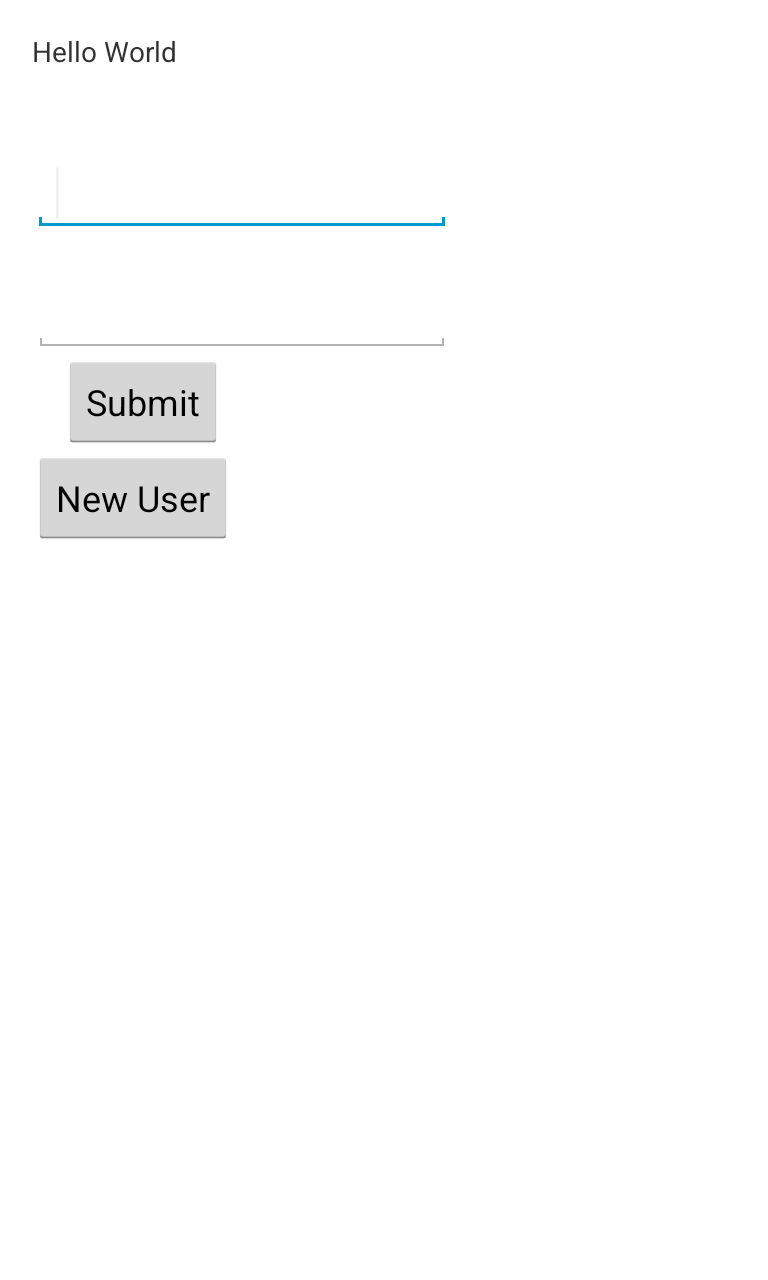
Repository: sbobra/women-startupweekend-sf
Layout: LaundryList/res/layout/activity_login.xml
These files come from the project's save history. The layout is drawn as it stood at one moment and after the next save; the edit follows.
It is drawn on a 768 x 1280 px phone screen (xhdpi) without system bars, with theme AppTheme; the app's code is not run.

Above is the layout before, as saved 2013-09-15 01:13:54.

### LaundryList/res/layout/activity_login.xml
<LinearLayout xmlns:android="http://schemas.android.com/apk/res/android"
    xmlns:tools="http://schemas.android.com/tools"
    android:layout_width="match_parent"
    android:layout_height="match_parent"
    android:paddingBottom="@dimen/activity_vertical_margin"
    android:paddingLeft="@dimen/activity_horizontal_margin"
    android:paddingRight="@dimen/activity_horizontal_margin"
    android:paddingTop="@dimen/activity_vertical_margin"
    android:orientation="vertical"
    tools:context=".LoginActivity" >

    <TextView
        android:id="@+id/textView1"
        android:layout_width="wrap_content"
        android:layout_height="wrap_content"
        android:text="@string/hello_world" />

    <EditText
        android:id="@+id/usernameTextBox"
        android:layout_width="wrap_content"
        android:layout_height="wrap_content"
        android:layout_marginTop="42dp"
        android:ems="10"
        android:inputType="textEmailAddress" >

        <requestFocus />
    </EditText>

    <EditText
        android:id="@+id/passwordTextBox"
        android:layout_width="wrap_content"
        android:layout_height="wrap_content"
        android:layout_marginTop="21dp"
        android:ems="10"
        android:inputType="textPassword" />

    <Button
        android:id="@+id/loginButton"
        android:layout_width="wrap_content"
        android:layout_height="wrap_content"
        android:layout_marginLeft="15dp"
        android:text="Submit" />

    <Button
        android:id="@+id/newAcctButton"
        android:layout_width="wrap_content"
        android:layout_height="wrap_content"
        android:text="New User" />

</LinearLayout>

### LaundryList/res/values/strings.xml
<!--
  Copyright 2012 The Android Open Source Project

  Licensed under the Apache License, Version 2.0 (the "License");
  you may not use this file except in compliance with the License.
  You may obtain a copy of the License at

      http://www.apache.org/licenses/LICENSE-2.0

  Unless required by applicable law or agreed to in writing, software
  distributed under the License is distributed on an "AS IS" BASIS,
  WITHOUT WARRANTIES OR CONDITIONS OF ANY KIND, either express or implied.
  See the License for the specific language governing permissions and
  limitations under the License.
-->

<resources xmlns:xliff="urn:oasis:names:tc:xliff:document:1.2">

    <string name="hello_world">Hello World</string>
    <!-- Titles -->
    <string name="app_name">Animations Demo</string>
    <string name="title_crossfade">Simple Crossfade</string>
    <string name="title_card_flip">Card Flip</string>
    <string name="title_screen_slide">Screen Slide</string>
    <string name="title_zoom">Zoom</string>
    <string name="title_layout_changes">Layout Changes</string>
    <string name="title_template_step">Page <xliff:g id="step_number">%1$d</xliff:g>: Lorem
        Ipsum</string>
    <string name="title_template_explore">EXPLORE</string>
    <string name="title_template_home">HOME</string>
    <string name="title_template_goal">NEW GOAL</string>

    <!-- Actions -->
    <string name="action_toggle">Toggle indicator</string>
    <string name="action_add_item">Add item</string>
    <string name="action_remove_item">Remove item</string>
    <string name="action_previous">Previous</string>
    <string name="action_next">Next</string>
    <string name="action_finish">Finish</string>
    <string name="action_info">Photo info</string>
    <string name="action_photo">View photo</string>

    <!-- Messages -->
    <string name="message_empty_layout_changes">Add an item above to get started.</string>
    <string name="message_zoom_touch_expand">Touch a photo to expand it.</string>

    <!-- Accessibility-only descriptions -->
    <string name="description_image_1">Image 1</string>
    <string name="description_image_2">Image 2</string>
    <string name="description_zoom_touch_close">Expanded image (touch to close)</string>

    <!-- Other strings -->
    <string name="card_back_title">Angry Red Android</string>
    <string name="card_back_description"><![CDATA[Lorem ipsum dolor sit]]></string>
    <string name="lorem_ipsum"><![CDATA[Lorem ipsum dolor sit amet, consectetur adipiscing elit. Mauris et magna ut erat elementum cursus in quis ipsum. Nam faucibus ultrices eros, vel tempor leo semper sit amet. Duis magna quam, congue vitae interdum nec, condimentum ut lectus. Sed commodo venenatis eros a dignissim. Nunc adipiscing turpis nec magna venenatis at ultricies ipsum bibendum. Sed volutpat urna quis nisi vulputate egestas. Etiam eu dui a enim lacinia dapibus. Pellentesque habitant morbi tristique senectus et netus et malesuada fames ac turpis egestas.\n\nPhasellus orci mi, eleifend nec congue id, volutpat at neque. Cum sociis natoque penatibus et magnis dis parturient montes, nascetur ridiculus mus. Integer semper velit vel leo rutrum sed fermentum elit porta.]]></string>

</resources>

Loaded but not shown: LaundryList/res/values/styles.xml (common file); LaundryList/res/values-v11/styles.xml (common file); LaundryList/res/values-v14/styles.xml (common file); LaundryList/res/values/dimens.xml (common file)

After the next save:
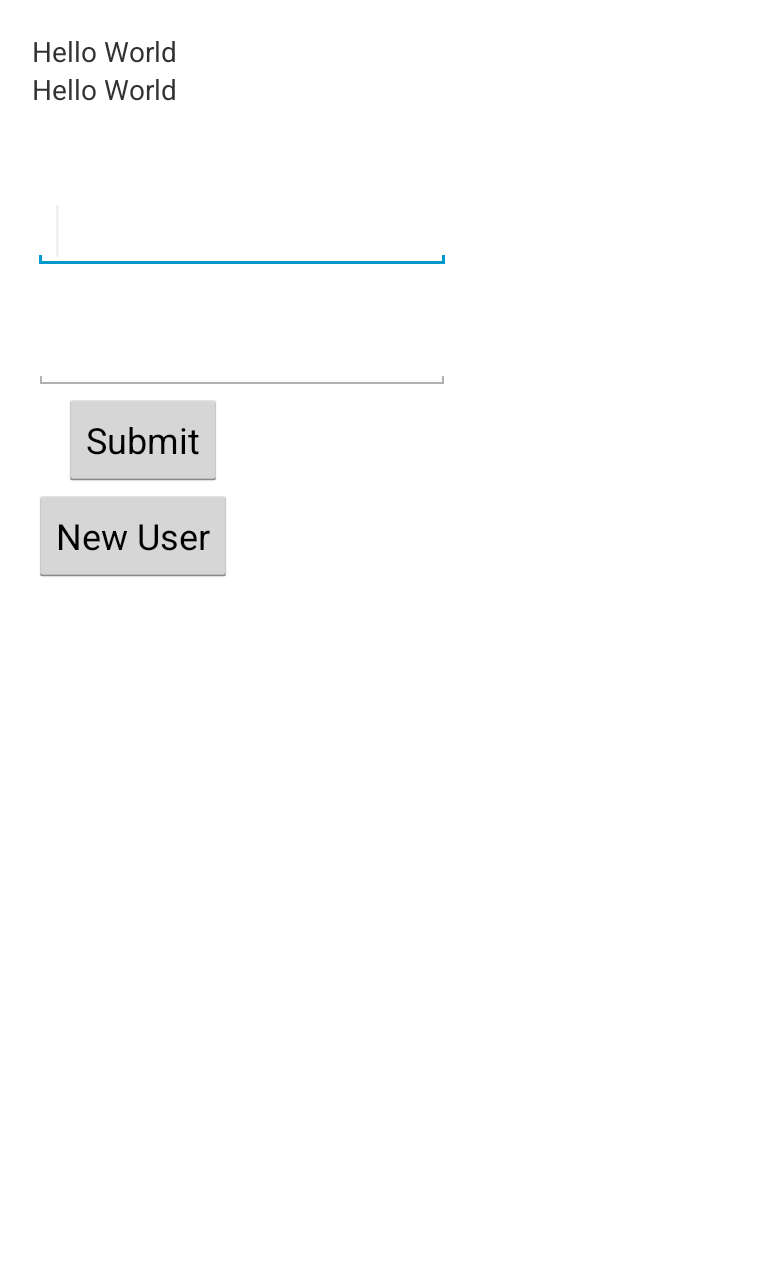
Saved 37 s later.
--- a/LaundryList/res/layout/activity_login.xml
+++ b/LaundryList/res/layout/activity_login.xml
@@ -8,6 +8,12 @@
     android:paddingTop="@dimen/activity_vertical_margin"
     android:orientation="vertical"
     tools:context=".LoginActivity" >
+
+    <TextView
+        android:id="@+id/textView1"
+        android:layout_width="wrap_content"
+        android:layout_height="wrap_content"
+        android:text="@string/hello_world" />
 
     <TextView
         android:id="@+id/textView1"
